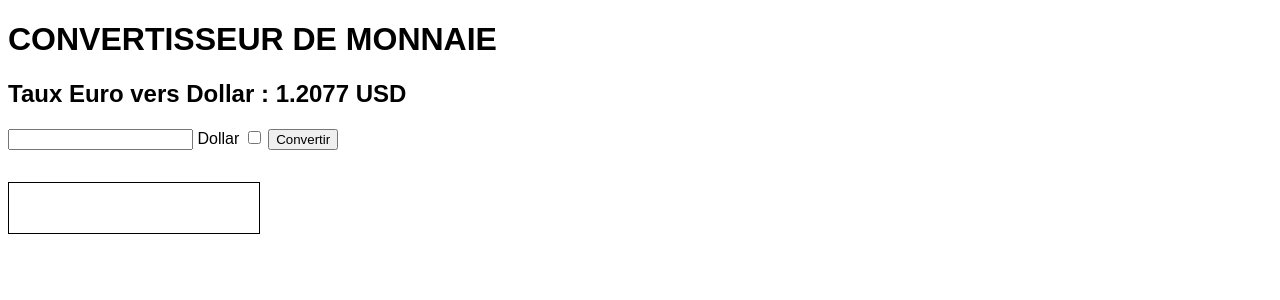
Repository: techmindconsulting/wordshiop-js
Page: index.html
These files come from the project's save history. The page is drawn as it stood at one moment and after the next save; the edit follows.
The browser window is 1280 px wide. The pictures show the whole page.

Above is the page before, as saved 2021-01-17 13:14:36.

### index.html
<!DOCTYPE html>
<html lang="en">
<head>
    <meta charset="UTF-8">
    <meta name="viewport" content="width=device-width, initial-scale=1.0">
    <title>Convertisseur</title>
    <script src="conversion.js"></script>
    <style>
        html {
            font-family: sans-serif;
        }
        p {
            border: 1px solid black;
            width: 250px;
            height: 50px;
            font-size: 2rem;
        }
    </style>
</head>
<body>
    <h1>CONVERTISSEUR DE MONNAIE</h1>
    <h2>Taux Euro vers Dollar : 1.2077 USD</h2>
    <input type="text" id="amount" >
    <label for="dollar">Dollar</label>
    <input type="checkbox" id="dollar" name="currency">
    <input type="button" value="Convertir" onClick=convertir()>
    <p id="resultat"></p>
</body>
</html>

### conversion.js
/* Fonction qui est appelé sur l'évenement utilisateur onClick */
function convertir() {
   /* Déclaration de variable */
    const CURRENCY_DOLLAR = 1.2077;
    let resultat;
    let amount = document.getElementById('amount').value;

    /* Opération de converssion */
    resultat = amount * CURRENCY;

    /* Affichage dans le document HTML */
    document.getElementById('resultat').innerText = resultat + ' $';
}

After the next save:
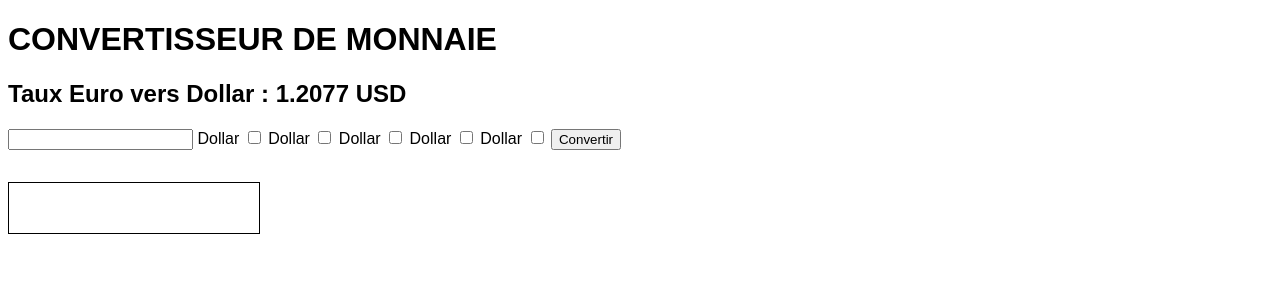
Saved 8 s later.
--- a/index.html
+++ b/index.html
@@ -23,6 +23,14 @@
     <input type="text" id="amount" >
     <label for="dollar">Dollar</label>
     <input type="checkbox" id="dollar" name="currency">
+    <label for="dollar">Dollar</label>
+    <input type="checkbox" id="dollar" name="currency">
+    <label for="dollar">Dollar</label>
+    <input type="checkbox" id="dollar" name="currency">
+    <label for="dollar">Dollar</label>
+    <input type="checkbox" id="dollar" name="currency">
+    <label for="dollar">Dollar</label>
+    <input type="checkbox" id="dollar" name="currency">
     <input type="button" value="Convertir" onClick=convertir()>
     <p id="resultat"></p>
 </body>
